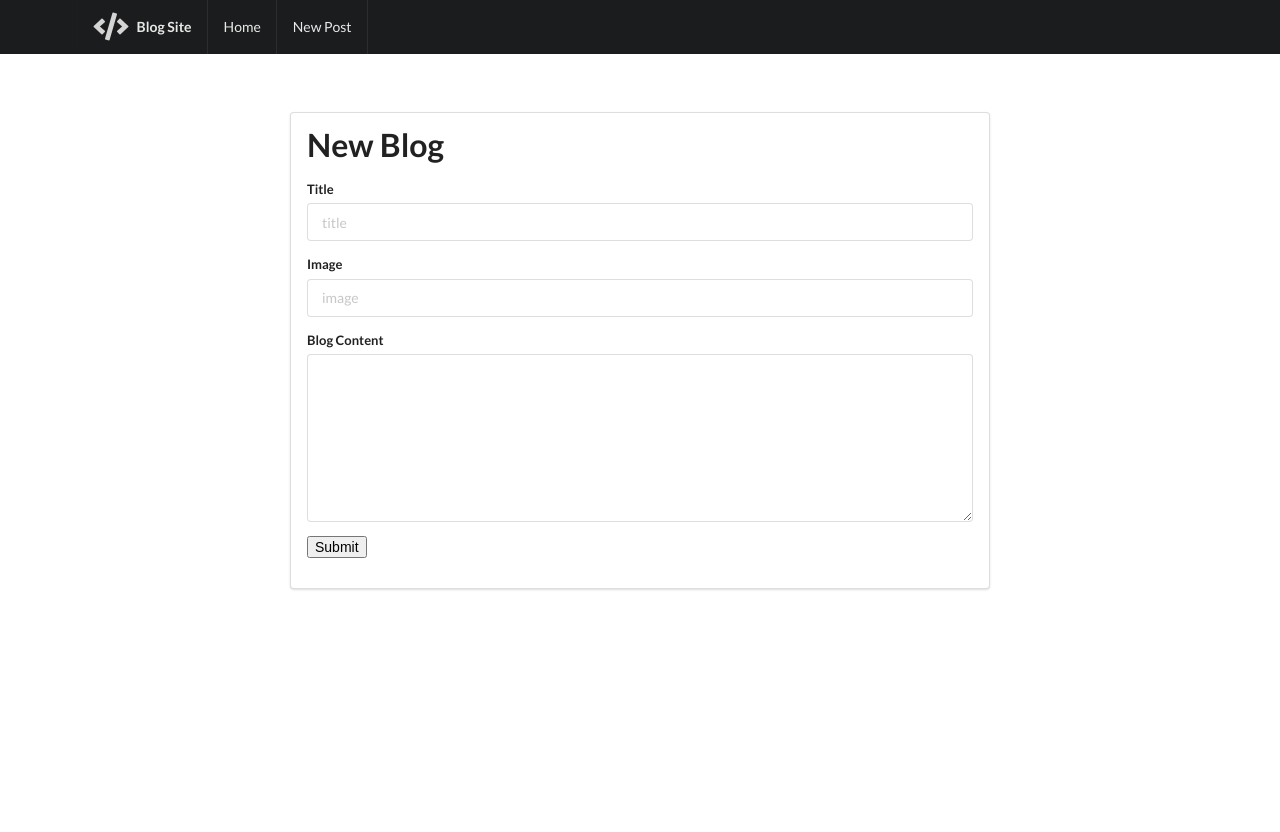
Repository: leandrobellini/Web-Developer-Bootcamp-Udemy
Page: http://localhost/blogs/new
The author's editor kept a record of every edit. The page is drawn from the files as they stood at one moment, then again after the next edit.
The browser window is 1280 px wide. The pictures show the whole page.
Some web libraries are served in a nearby version. The page is served by the project's Node server (RESTfulBlog/app.js).

Above is the page before.

After the next edit:
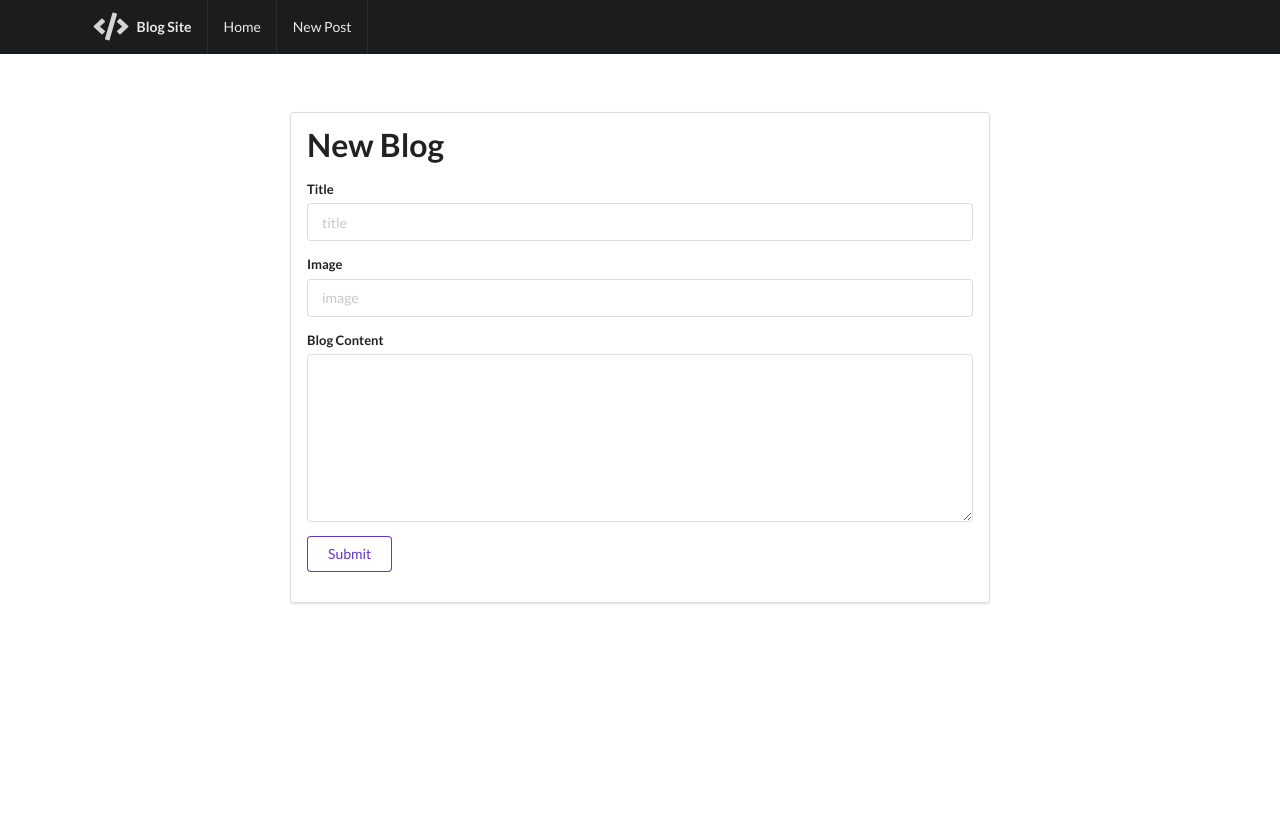
The edit:
--- a/29. RESTful Routing/workspace/RESTfulBlog/views/new.ejs
+++ b/29. RESTful Routing/workspace/RESTfulBlog/views/new.ejs
@@ -16,7 +16,7 @@
             <textarea name="blog[body]"></textarea>
         </div>
 
-        <input type="submit">
+        <input class="ui violet basic button" type="submit">
     </form>
 </div>
 
